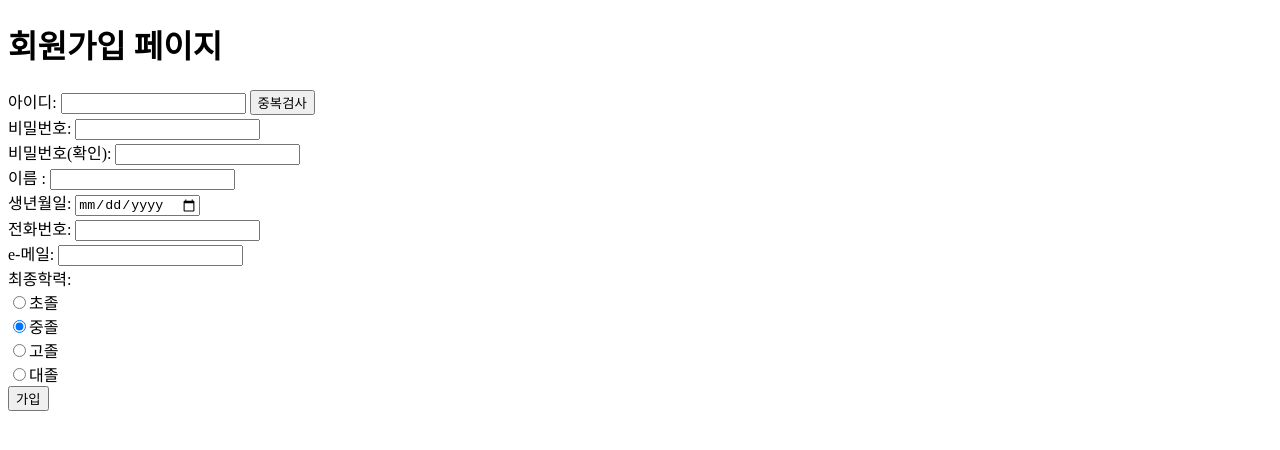
Repository: rmh6363/javastudy
Page: HelloWorld/WebContent/d.html
These files come from the project's save history. The page is drawn as it stood at one moment and after the next save; the edit follows.
The browser window is 1280 px wide. The pictures show the whole page.

Above is the page before, as saved 2020-12-04 08:10:27.

### HelloWorld/WebContent/d.html
<!DOCTYPE html>
<html>
<head>
<meta charset="UTF-8">
<title>Insert title here</title>
</head>
<body>
<h1>회원가입 페이지</h1>

<form action="a.html" method="post">
<label for="id">아이디: </label>
<input id ="id" name="id"> <button>중복검사</button>
<br>
<label for="pw1">비밀번호: </label>
<input id = "pw1" type="password" name = "pw1">
<br>
<label for="pw2">비밀번호(확인): </label>
<input id = "pw2" type="password" name = "pw2">
<br>
<label for="name">이름 : </label>
<input id="name"  name = "name">
<br>
<label for = "brith">생년월일:</label>
<input id = "birth" type="date" name = "birth">
<br>
<label for = "tel">전화번호:</label>
<input id ="tel" type="tel" name= "tel">
<br>
<label for = "email">e-메일:</label>
<input id="email" type="email" name= "email">
<br>
<label for= "school">최종학력:</label>
<br>
<input id = "school" type="radio" name="school" value="es"type = "text">초졸
<br>
<input id = "school" type="radio" name = "school" value="ms" checked="checked"type = "text">중졸
<br>
<input id = "school" type="radio" name = "school" value="hs"type = "text">고졸
<br>
<input id = "school" type="radio" name = "school" value="us"type = "text">대졸
<br>
<input type="submit" value="가입">
<br>

</form>
</body>
</html>

After the next save:
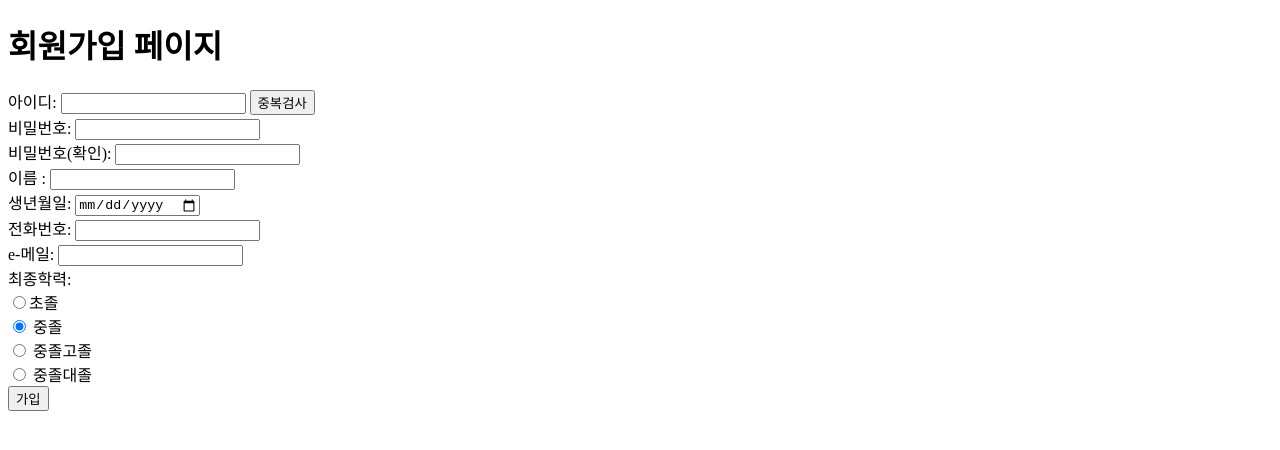
Saved 112 s later.
--- a/HelloWorld/WebContent/d.html
+++ b/HelloWorld/WebContent/d.html
@@ -29,15 +29,15 @@
 <label for = "email">e-메일:</label>
 <input id="email" type="email" name= "email">
 <br>
-<label for= "school">최종학력:</label>
+<label>최종학력:</label>
 <br>
-<input id = "school" type="radio" name="school" value="es"type = "text">초졸
+<input type="radio" name="school" value="es"><label for = "es">초졸</label>
 <br>
-<input id = "school" type="radio" name = "school" value="ms" checked="checked"type = "text">중졸
+<input type="radio" name = "school" value="ms" checked="checked"> <label for = "ms">중졸</label>
 <br>
-<input id = "school" type="radio" name = "school" value="hs"type = "text">고졸
+<input type="radio" name = "school" value="hs"> <label for = "hs">중졸</label>고졸
 <br>
-<input id = "school" type="radio" name = "school" value="us"type = "text">대졸
+<input type="radio" name = "school" value="us"> <label for = "hs">중졸</label>대졸
 <br>
 <input type="submit" value="가입">
 <br>
